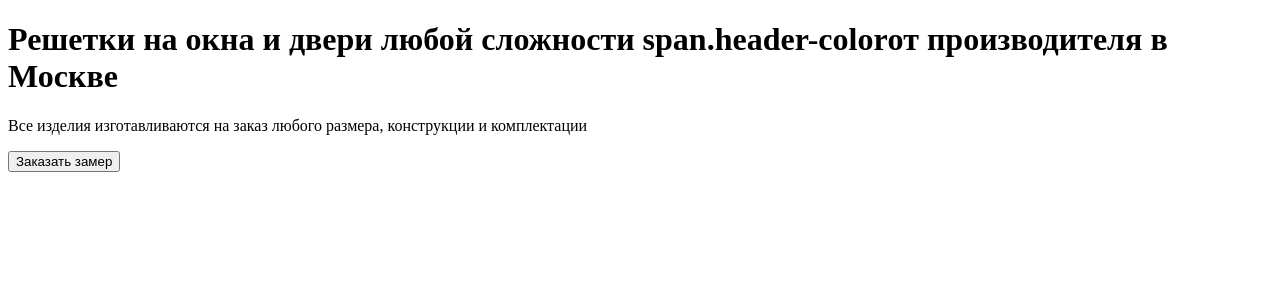
Repository: Nisovaki/https---github.com-Nisovaki-test
Page: Index.html
The author's editor kept a copy of each file at every save. The page is drawn from the files as they stood at one save, then again after the next save.
The browser window is 1280 px wide. The pictures show the whole page.

Above is the page before, as saved 2022-05-13 11:40:45.

### Index.html
<!DOCTYPE html>
<html lang="ru">
<head>
  <meta charset="UTF-8">
  <meta http-equiv="X-UA-Compatible" content="IE=edge">
  <meta name="viewport" content="width=device-width, initial-scale=1.0">
  <title>Решетки</title>
</head>
<body>
  <div class="header">
    <div class="container">
      <h1 class="header__title">Решетки на окна и двери любой сложности span.header-colorот производителя в Москве</h1>
      <p class="header__text">Все изделия изготавливаются на заказ любого размера, конструкции и комплектации</p>
      <button class="header-button">Заказать замер</button>
    </div>
  </div>
</body>
</html>

After the next save:
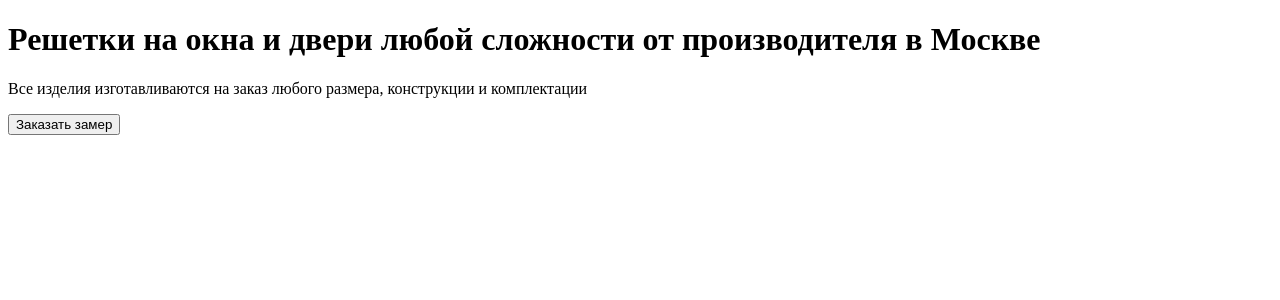
Saved 4 s later.
--- a/Index.html
+++ b/Index.html
@@ -9,7 +9,7 @@
 <body>
   <div class="header">
     <div class="container">
-      <h1 class="header__title">Решетки на окна и двери любой сложности span.header-colorот производителя в Москве</h1>
+      <h1 class="header__title">Решетки на окна и двери любой сложности <span class="header-color"></span>от производителя в Москве</h1>
       <p class="header__text">Все изделия изготавливаются на заказ любого размера, конструкции и комплектации</p>
       <button class="header-button">Заказать замер</button>
     </div>
